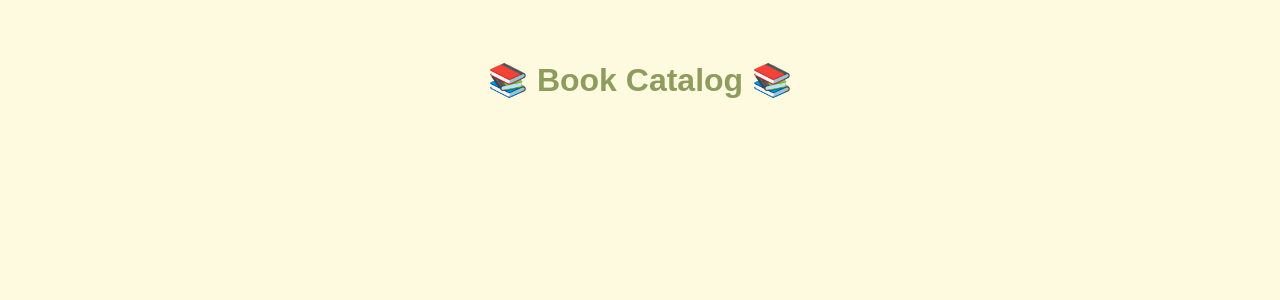
Repository: kaitlynlew/Book-Catalog
Page: /
These files come from the project's save history. The page is drawn as it stood at one moment and after the next save; the edit follows.
The browser window is 1280 px wide. The pictures show the whole page.
The project was rebuilt for these pictures with package versions that can differ from the ones it lists, and the page was loaded fresh each time. Also part of the build but not shown: vite.config.js.

Above is the page before, as saved 2025-09-14 00:11:38.

After the next save:
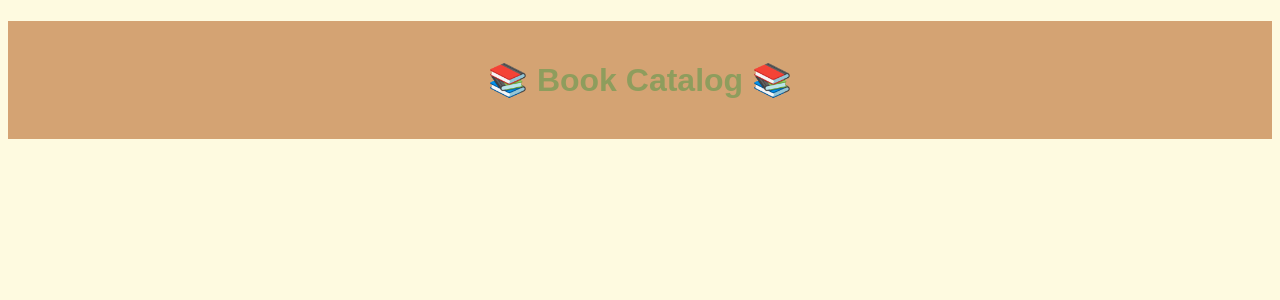
Saved 8 s later.
--- a/src/App.css
+++ b/src/App.css
@@ -7,6 +7,6 @@ body {
 h1 {
   color: #8e9d5d;
   text-align: center;
-  background-color: d4a373;
+  background-color: #d4a373;
   padding: 40px;
 }
